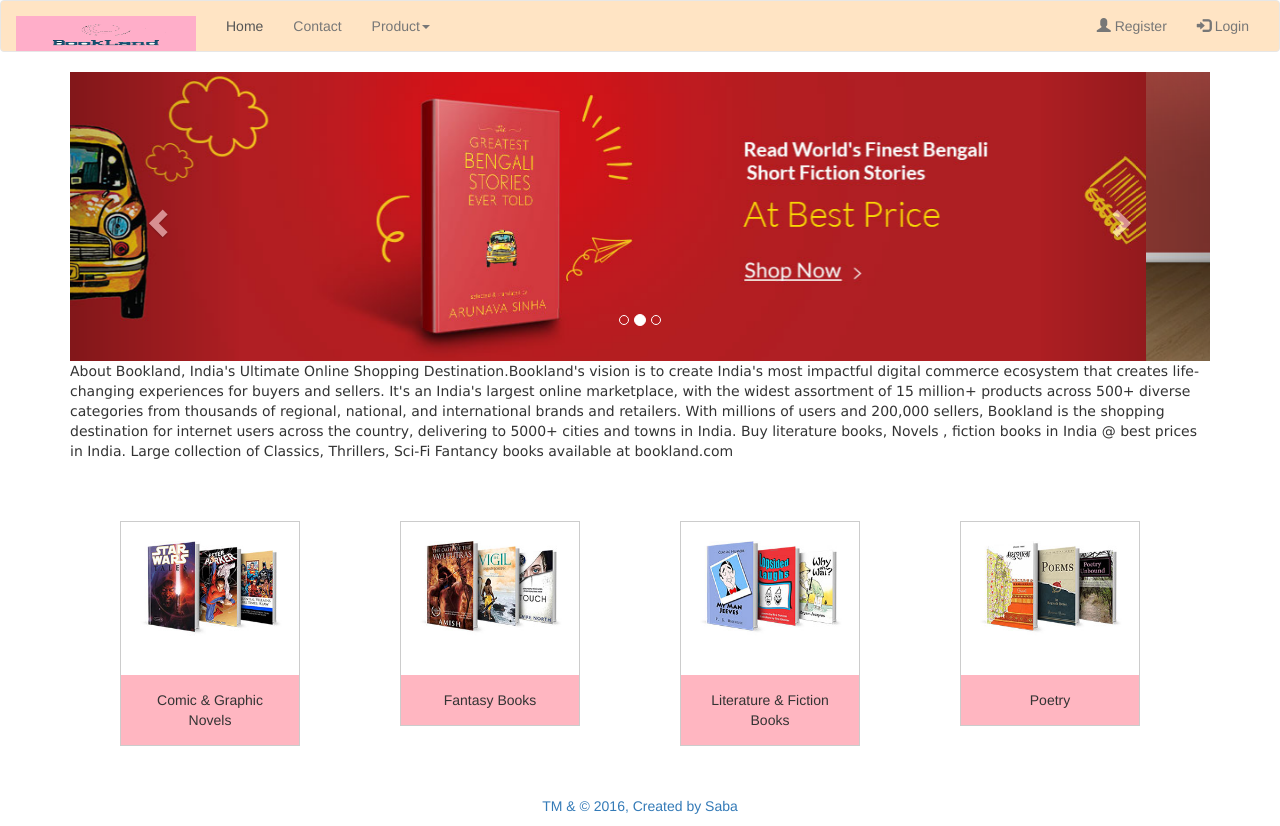
Repository: sabahussain/finalproject
Page: http://localhost/bookland/
An editor plug-in stored every save of this project. The page is shown before and after the next save, followed by the edit.
The browser window is 1280 px wide. The pictures show the whole page.
The page is served by Tomcat 9. Nobody is signed in. The application's start-up code is not run. Other server files are loaded and not shown.

Above is the page before, as saved 2016-05-08 15:35:12.

### bookland/src/main/webapp/index.jsp
<%@taglib uri="http://java.sun.com/jsp/jstl/core" prefix="c"  %>
<%@page isELIgnored="false" %>
<html>
<head>
<head>
<c:url value="/resources/bootstrap/css" var="a" scope="application"></c:url>
<c:url value="/resources/bootstrap/js" var="b" scope="application"></c:url>
<c:url value="/resources/images" var="z" scope="application"></c:url>
<link href="${a}/bootstrap.min.css" rel="stylesheet"/>
 <script src="${b}/jquery-2.2.3.min.js">
 </script>
<script src="${b}/bootstrap.min.js">
</script>
<style>
.navbar-default {
    background-color: #FFE4C4;
    border-color: #E7E7E7;
}
.navbar-default .navbar-nav > li > a {
    color: #777777;
}
.navbar-default .navbar-nav > .active > a, .navbar-default .navbar-nav > .active > a:hover, .navbar-default .navbar-nav > .active > a:focus {
    background-color: #FFE4C4;
    color: #555555;
}
div.img {
    margin: 50px;
    border: 1px solid #ccc;
    float: left;
    width: 180px;
    background-color: #FFB6C1;

}

div.img:hover {
    border: 1px solid #777;
}

div.img img {
    width: 100%;
    height: auto;
}

div.desc {
    padding: 15px;
    text-align: center;
}
</style>
</head>
<body>
     <nav class="navbar navbar-default navbar-inverse">
  <div class="container-fluid">
    <div class="navbar-header">
      <button type="button" class="navbar-toggle" data-toggle="collapse" data-target="#myNavbar">
        <span class="icon-bar"></span>
        <span class="icon-bar"></span>
        <span class="icon-bar"></span>
      </button>
      <a class="navbar-brand" href="#"><img src="${z}/newlogo.png" alt="" width="180px" height="35px" ></a>
    </div>
    <div class="collapse navbar-collapse" id="myNavbar">
      <ul class="nav navbar-nav">
        <li class="active"><a href="#">Home</a></li>
         <li><a href="#">Contact</a></li>
        <li class="dropdown">
           <a class="dropdown-toggle" data-toggle="dropdown" href="#">Product<span class="caret"></span></a>
          <ul class="dropdown-menu">
            <li><a href="#">Comic & Graphic Novels</a></li>
            <li><a href="#">Literature & Fiction Books</a></li>
            <li><a href="#">Poetry</a></li>
             <li><a href="#">Fantasy Books</a></li>
          </ul>
        </li>
        </ul>
      <ul class="nav navbar-nav navbar-right">
        <li><a href="#"><span class="glyphicon glyphicon-user"></span> Register</a></li>
        <li><a href="#"><span class="glyphicon glyphicon-log-in"></span> Login</a></li>
      </ul>
    </div>
  </div>
</nav>

 <div class="container">
<div id="myCarousel" class="carousel slide" data-ride="carousel">
  <!-- Indicators -->
  <ol class="carousel-indicators">
    <li data-target="#myCarousel" data-slide-to="0" class="active"></li>
    <li data-target="#myCarousel" data-slide-to="1"></li>
    <li data-target="#myCarousel" data-slide-to="2"></li>
  </ol>

  <!-- Wrapper for slides -->
  <div class="carousel-inner" role="listbox">
    <div class="item active">
      <img src="${z}/carousel2.jpg" alt="">
      <div class="carousel-caption">
      </div>
    </div>

    <div class="item">
      <img src="${z}/carousel1.jpg" alt="">
      <div class="carousel-caption">
      </div>
    </div>

    <div class="item">
      <img src="${z}/carousel3.jpg" alt="">
      <div class="carousel-caption">
      </div>
    </div>
  </div>

  <!-- Left and right controls -->
  <a class="left carousel-control" href="#myCarousel" role="button" data-slide="prev">
    <span class="glyphicon glyphicon-chevron-left" aria-hidden="true"></span>
    <span class="sr-only">Previous</span>
  </a>
  <a class="right carousel-control" href="#myCarousel" role="button" data-slide="next">
    <span class="glyphicon glyphicon-chevron-right" aria-hidden="true"></span>
    <span class="sr-only">Next</span>
  </a>
</div>
</div>
<div class="container">
<p style="font-size:100%;font-family:verdana;">
About Bookland, India's Ultimate Online Shopping Destination.Bookland's vision is to create India's most impactful digital commerce ecosystem that creates life-changing experiences for buyers and sellers. It's an India's largest online marketplace, with the widest assortment of 15 million+ products across 500+ diverse categories from thousands of regional, national, and international brands and retailers. With millions of users and 200,000 sellers, Bookland is the shopping destination for internet users across the country, delivering to 5000+ cities and towns in India.
Buy literature books, Novels , fiction books in India @ best prices in India. Large collection of Classics, Thrillers, Sci-Fi Fantancy books available at bookland.com
</p>
</div>

<div class="container">
<div class="img">
  <a target="_blank" href="#">
    <img src="${z}/comic.jpg" alt="" width="300" height="200">
  </a>
  <div class="desc">Comic & Graphic Novels</div>
</div>

<div class="img">
  <a target="_blank" href="#">
    <img src="${z}/fantasy.jpg" alt="" width="300" height="200">
  </a>
  <div class="desc">Fantasy Books</div>
</div>

<div class="img">
  <a target="_blank" href="#">
    <img src="${z}/Fiction.jpg" alt="" width="300" height="200">
  </a>
  <div class="desc">Literature & Fiction Books</div>
</div>

<div class="img">
  <a target="_blank" href="#">
    <img src="${z}/poetry.jpg" alt="" width="300" height="200">
  </a>
  <div class="desc">Poetry</div>
</div>
</div>

<div class="container">
   <footer>
  <p align="center"><a href="#">TM & &#169; 2016, Created by Saba</a></p>
    </footer>
      </div>

</body>
</html>

</body>
</html>

Loaded but not shown: bookland/src/main/webapp/resources/bootstrap/css/bootstrap.min.css (library); bookland/src/main/webapp/resources/bootstrap/js/jquery-2.2.3.min.js (library); bookland/src/main/webapp/resources/bootstrap/js/bootstrap.min.js (library)

After the next save:
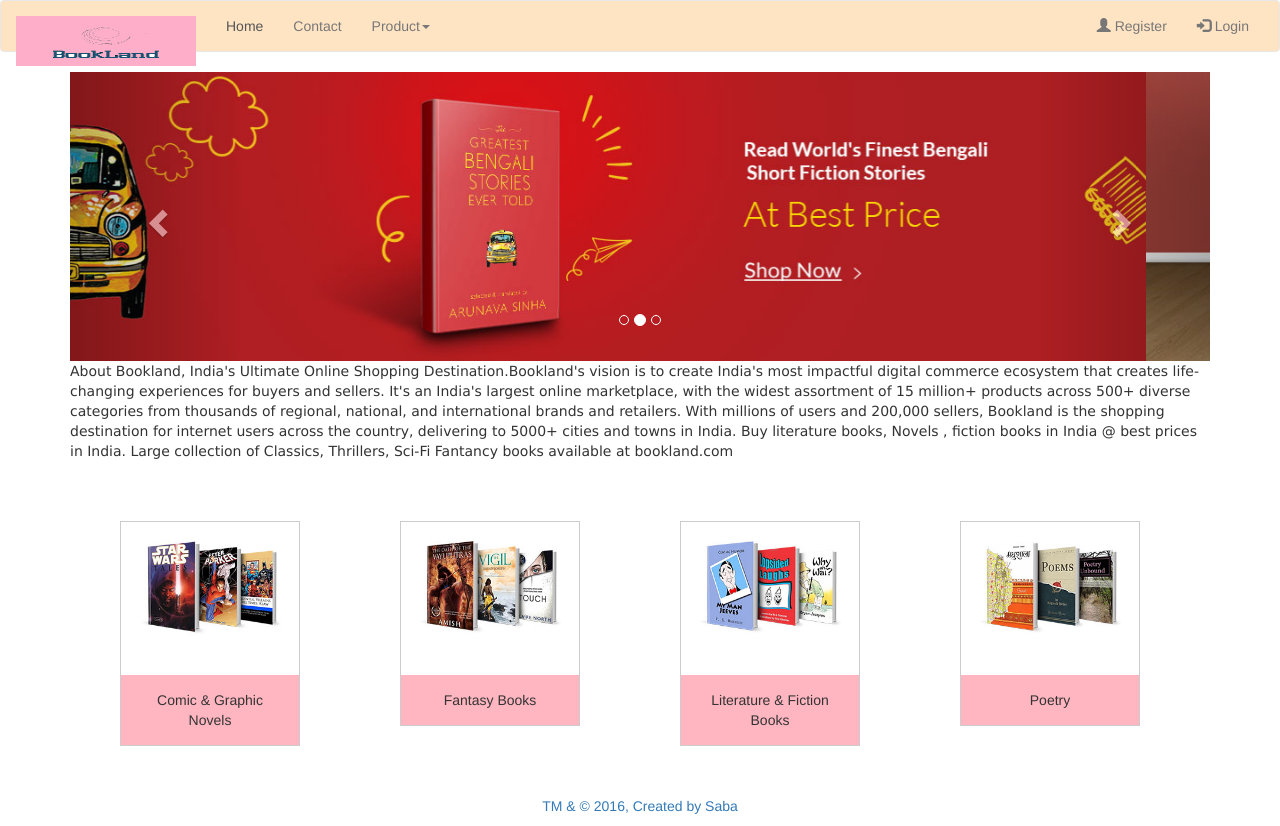
Saved 63 min 22 s later.
--- a/bookland/src/main/webapp/index.jsp
+++ b/bookland/src/main/webapp/index.jsp
@@ -56,7 +56,7 @@
         <span class="icon-bar"></span>
         <span class="icon-bar"></span>
       </button>
-      <a class="navbar-brand" href="#"><img src="${z}/newlogo.png" alt="" width="180px" height="35px" ></a>
+      <a class="navbar-brand" href="#"><img src="${z}/newlogo.png" alt="" width="180" height="50" ></a>
     </div>
     <div class="collapse navbar-collapse" id="myNavbar">
       <ul class="nav navbar-nav">
